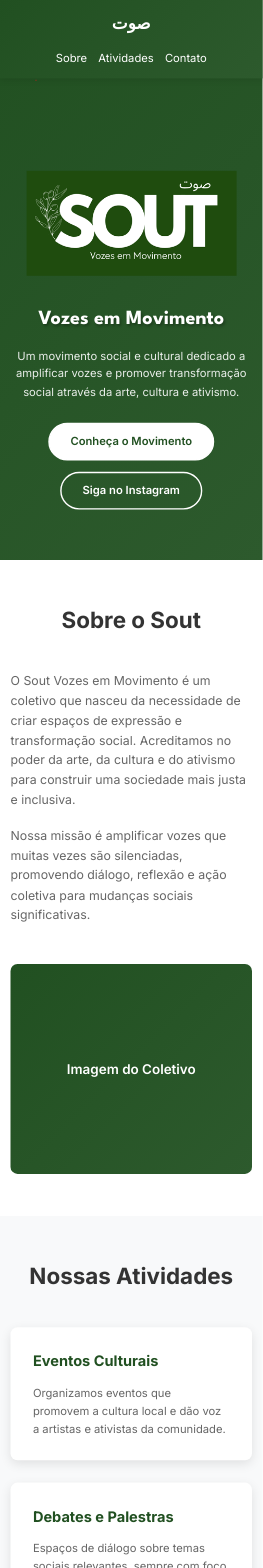
Repository: farukzahra/sout
Page: index.html
These files come from the project's save history. The page is drawn as it stood at one moment and after the next save; the edit follows.
The browser window is 375 px wide. The pictures show the part of the page from y = 0 to 2240 px (the page is 3551 px tall), at 70% of full size.
Some web fonts or font styles are not loaded; a fallback is used.

Above is the page before, as saved 2025-10-02 13:20:26.

After the next save:
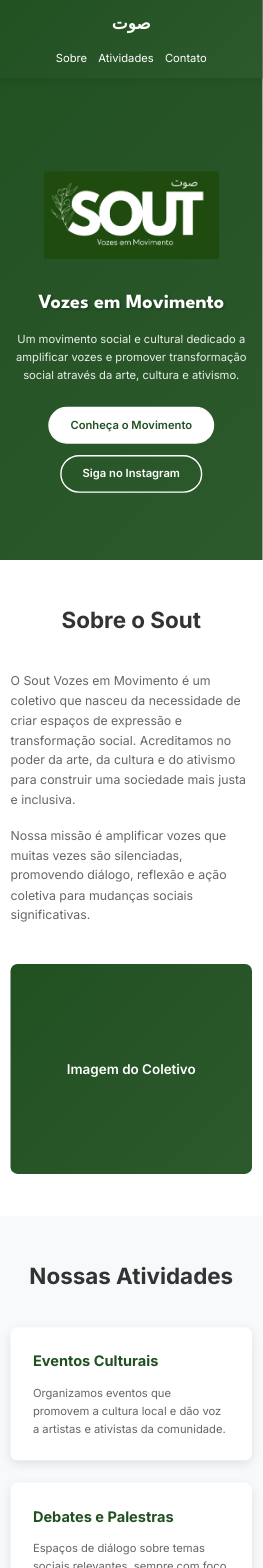
Saved 4 s later.
--- a/style.css
+++ b/style.css
@@ -358,21 +358,8 @@ body {
         padding: 100px 0 60px;
     }
 
-    .logo-combined {
-        gap: 0;
-    }
-
-    .hero-logo .logo-text {
-        font-size: 1.6rem;
-        line-height: 0.6;
-        margin-top: -0.1rem;
-        font-family: 'TT Chocolates', 'League Spartan', 'Inter', 'Arial', sans-serif;
-    }
-
-    .hero-logo .logo-main {
-        font-size: 2.2rem;
-        line-height: 0.6;
-        letter-spacing: 2px;
+    .logo-image {
+        max-width: 250px;
     }
 
     .hero-content h2 {
